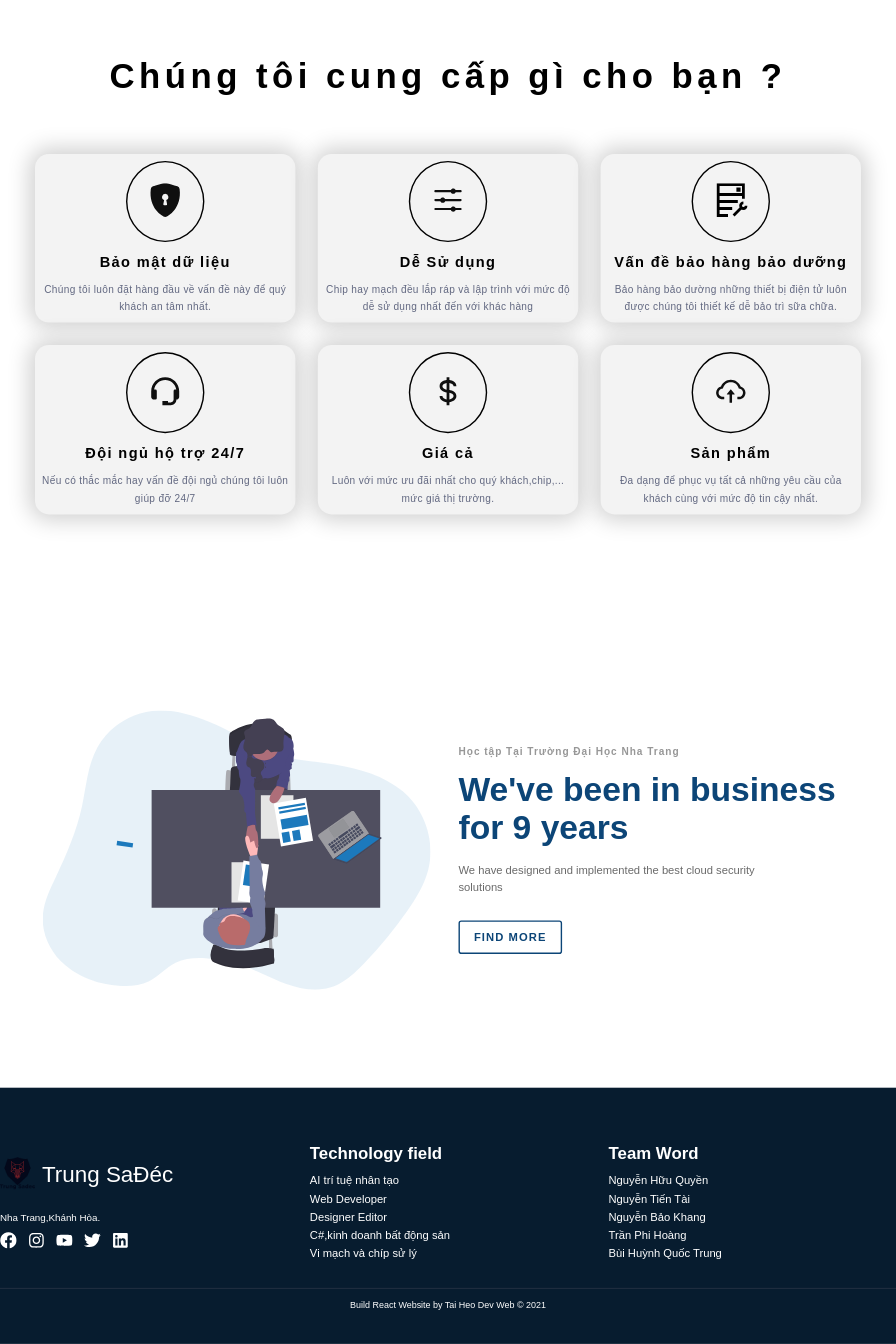
Repository: fdhhhdjd/Profile-Gift-B_H_Q_Trung
Page: /
The author's editor kept a copy of each file at every save. The page is drawn from the files as they stood at one save, then again after a run of saves.
The browser window is 1280 px wide. The pictures show the part of the page from y = 777 to 2697 px (the page is 2697 px tall), at 70% of full size.
The project was rebuilt for these pictures with package versions that can differ from the ones it lists, and the page was loaded fresh each time. Also part of the build but not shown: src/App.css, src/Styles/PricingStyles.js, src/Data/PricingData.js, src/Pages/PricingPage.js. Imported but missing from the stored project, and not drawn on this page: src/Pages/SignUpPage.

Above is the page before, as saved 2021-10-29 09:42:03.

After the next 2 saves:
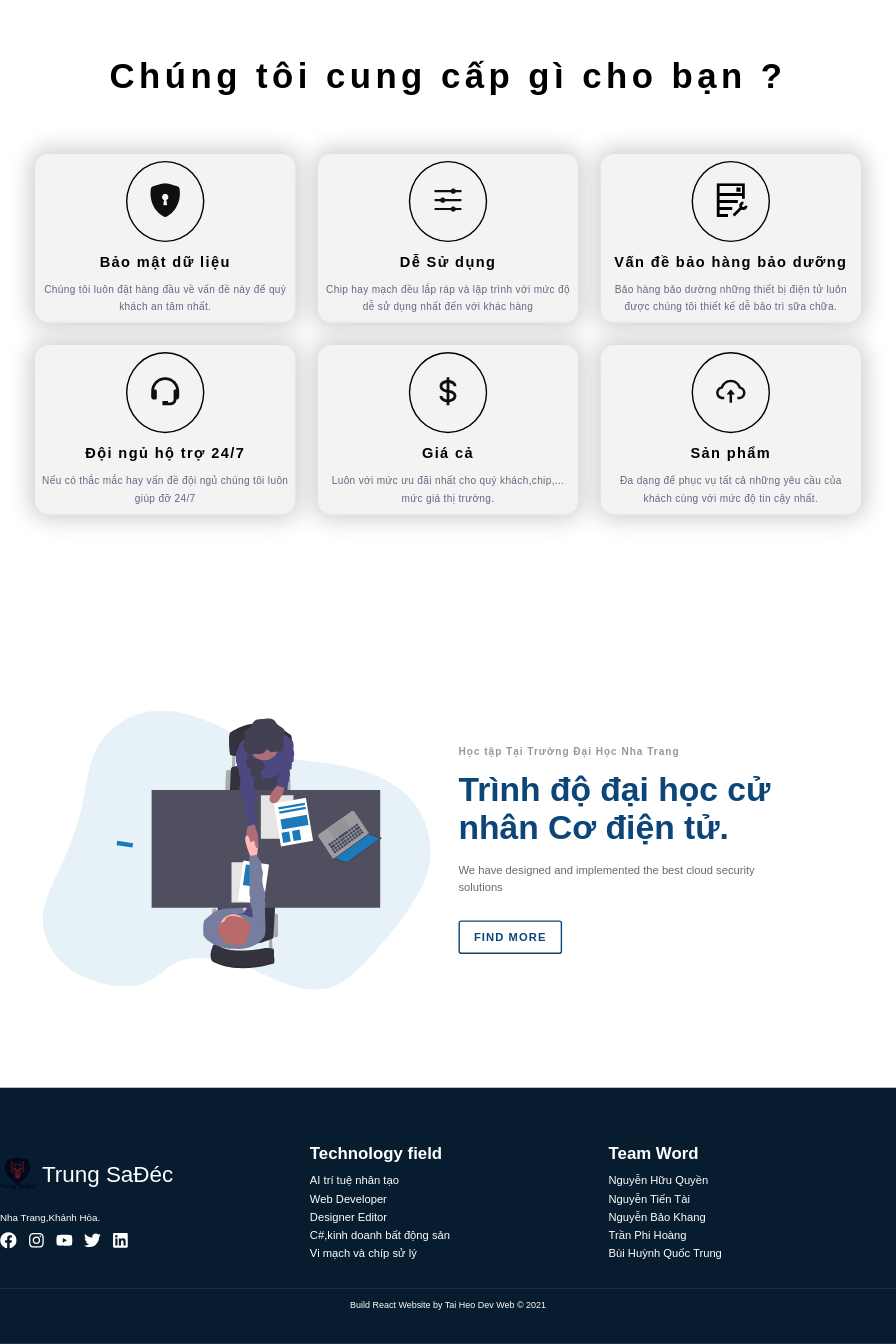
The 2 saves are shown as one change because they came seconds apart.
The last was saved 20 s later.
--- a/src/Data/HeroData.js
+++ b/src/Data/HeroData.js
@@ -4,7 +4,7 @@ export const heroOne = {
   topLine: {
     text: "Học tập Tại Trường Đại Học Nha Trang",
   },
-  headline: "We've been in business for 9 years",
+  headline: "Trình độ đại học cử nhân Cơ điện tử.",
   description:
     "We have designed and implemented the best cloud security solutions",
   buttonLabel: "Find More",
